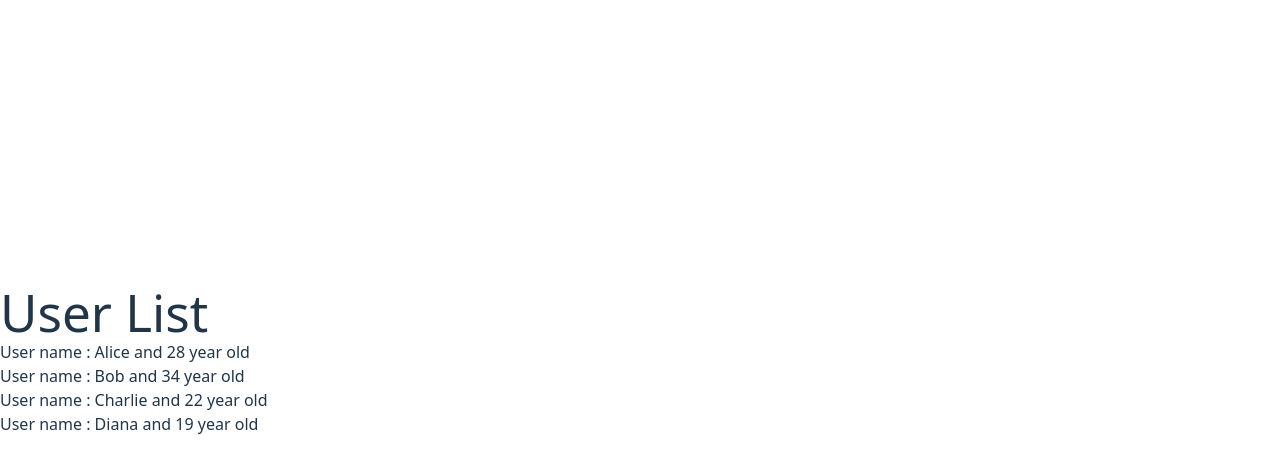
Repository: rushikesh-kolpe21/React_lectures
Page: / (app in React_bun/)
An editor plug-in stored every save of this project. The page is shown before and after the next save, followed by the edit.
The browser window is 1280 px wide. The pictures show the whole page.
The project was rebuilt for these pictures with package versions that can differ from the ones it lists, and the page was loaded fresh each time. Also part of the build but not shown: React_bun/vite.config.js, React_bun/src/components/EventProps.jsx, React_bun/src/components/SeriesCards.jsx, React_bun/src/components/Netflix.jsx, React_bun/src/components/Profile.jsx.

Above is the page before, as saved 2025-12-01 23:50:27.

After the next save:
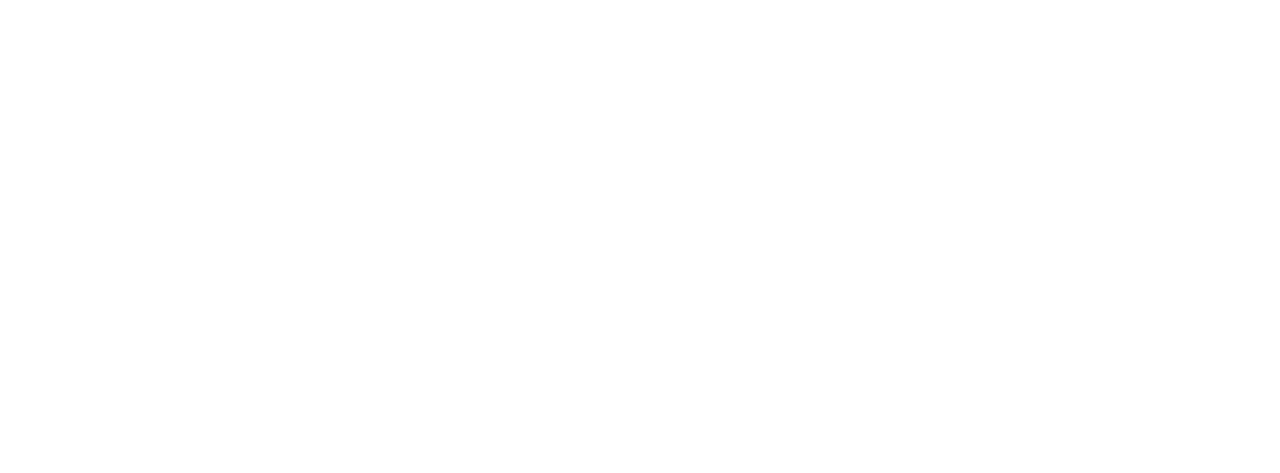
Console error: TypeError: Cannot read properties of null (reading 'useState')
Saved 3 min 8 s later.
--- a/React_bun/src/components/DericedState.jsx
+++ b/React_bun/src/components/DericedState.jsx
@@ -1,9 +1,12 @@
-const users = [
+import { useState } from "react"
+
+const [users, setUsers] = useState(
+    [
     { id: 1, name: 'Alice', age: 28 },
     { id: 2, name: 'Bob', age: 34 },
     { id: 3, name: 'Charlie', age: 22 },
     { id: 4, name: 'Diana', age: 19 },
-];
+])
 
 export const DericedState = () => {
     return (

After the 2 saves that followed:
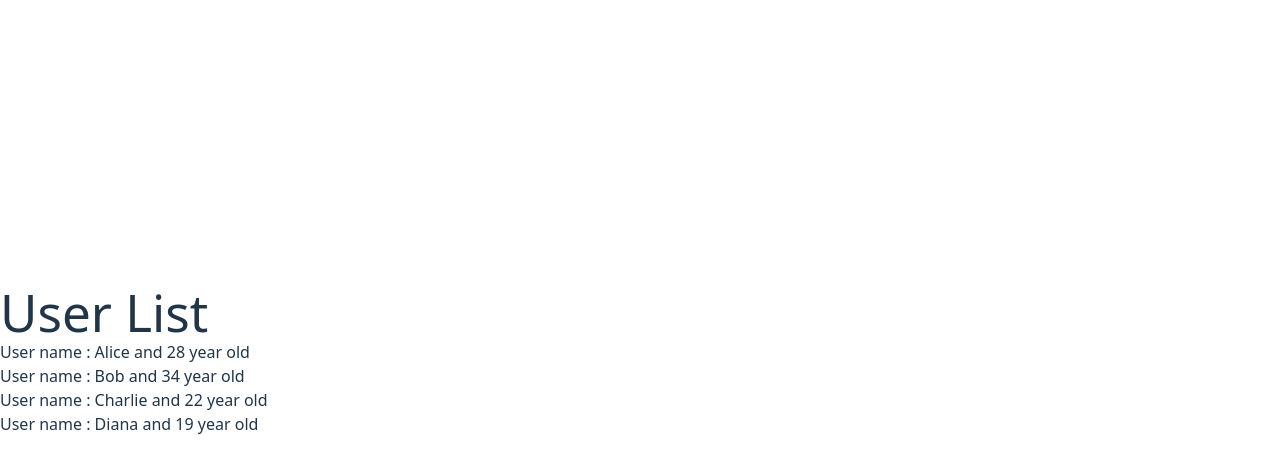
The error is gone.
The 2 saves are shown as one change because 1 left the picture as it was.
The last was saved 44 s later.
--- a/React_bun/src/components/DericedState.jsx
+++ b/React_bun/src/components/DericedState.jsx
@@ -1,14 +1,15 @@
 import { useState } from "react"
 
-const [users, setUsers] = useState(
+
+
+export const DericedState = () => {
+    const [users, setUsers] = useState(
     [
     { id: 1, name: 'Alice', age: 28 },
     { id: 2, name: 'Bob', age: 34 },
     { id: 3, name: 'Charlie', age: 22 },
     { id: 4, name: 'Diana', age: 19 },
-])
-
-export const DericedState = () => {
+]);
     return (
         <div>
             <h1>User List</h1>
